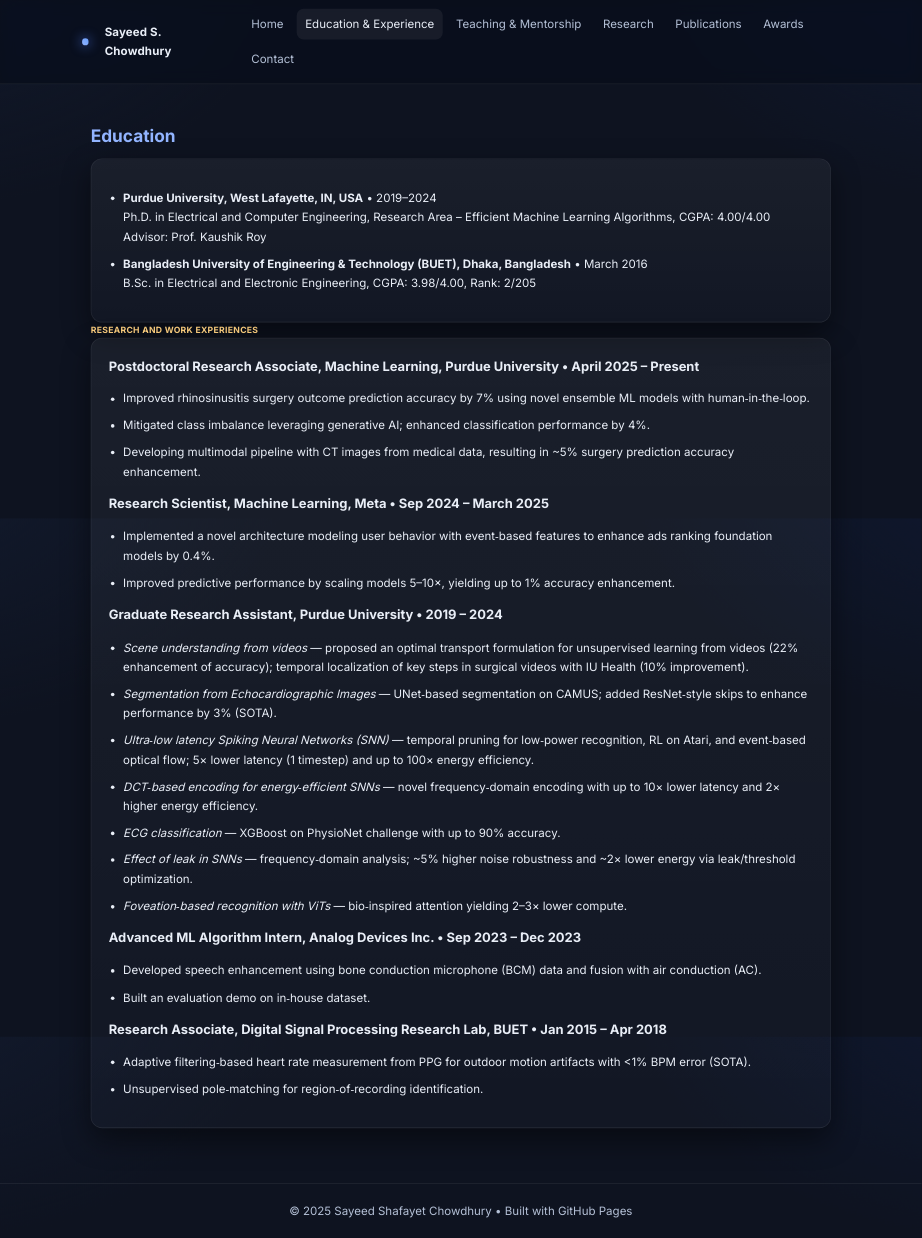
Repository: SayeedChowdhury/SayeedChowdhury.github.io
Page: edu-exp.html
These files come from the project's save history. The page is drawn as it stood at one moment and after the next save; the edit follows.
The browser window is 1280 px wide. The pictures show the whole page, at 72% of full size.

Above is the page before, as saved 2025-08-10 19:11:33.

### edu-exp.html
<!doctype html>
<html lang="en">
<head>
  <meta charset="utf-8">
  <meta name="viewport" content="width=device-width, initial-scale=1">
  <title>Education & Experience • Sayeed S. Chowdhury</title>
  <link rel="preconnect" href="https://fonts.googleapis.com">
  <link rel="preconnect" href="https://fonts.gstatic.com" crossorigin>
  <link href="https://fonts.googleapis.com/css2?family=Inter:wght@400;600;700&display=swap" rel="stylesheet">
  <link rel="stylesheet" href="assets/style.css">
</head>
<body>
<div class="nav">
  <div class="inner container">
    <div class="brand"><span class="dot"></span> <a href="index.html" style="text-decoration:none;color:inherit;">Sayeed S. Chowdhury</a></div>
    <div style="margin-left:auto; display:flex; gap:6px; flex-wrap:wrap">
      <a href="index.html" class="">Home</a>
      <a href="edu-exp.html" class="active">Education & Experience</a>
      <a href="teaching.html" class="">Teaching & Mentorship</a>
      <a href="research.html" class="">Research</a>
      <a href="publications.html" class="">Publications</a>
      <a href="awards.html" class="">Awards</a>
      <a href="contact.html" class="">Contact</a>
    </div>
  </div>
</div>
<div class="container">

<section class="section">
  <!-- <div class="kicker">Education</div> -->
  <h2>Education</h2>
  <div class="card">
    <ul class="list">
      <li><strong>Purdue University, West Lafayette, IN, USA</strong> • 2019–2024<br>
          Ph.D. in Electrical and Computer Engineering, Research Area – Efficient Machine Learning Algorithms, CGPA: 4.00/4.00<br>
          Advisor: Prof. Kaushik Roy
      </li>
      <li><strong>Bangladesh University of Engineering & Technology (BUET), Dhaka, Bangladesh</strong> • March 2016<br>
          B.Sc. in Electrical and Electronic Engineering, CGPA: 3.98/4.00, Rank: 2/205
      </li>
    </ul>
  </div>

  <div class="kicker">Research and Work Experiences</div>
  <div class="card">
    <h3>Postdoctoral Research Associate, Machine Learning, Purdue University • April 2025 – Present</h3>
    <ul class="list">
      <li>Improved rhinosinusitis surgery outcome prediction accuracy by 7% using novel ensemble ML models with human‑in‑the‑loop.</li>
      <li>Mitigated class imbalance leveraging generative AI; enhanced classification performance by 4%.</li>
      <li>Developing multimodal pipeline with CT images from medical data, resulting in ~5% surgery prediction accuracy enhancement.</li>
    </ul>

    <h3>Research Scientist, Machine Learning, Meta • Sep 2024 – March 2025</h3>
    <ul class="list">
      <li>Implemented a novel architecture modeling user behavior with event‑based features to enhance ads ranking foundation models by 0.4%.</li>
      <li>Improved predictive performance by scaling models 5–10×, yielding up to 1% accuracy enhancement.</li>
    </ul>

    <h3>Graduate Research Assistant, Purdue University • 2019 – 2024</h3>
    <ul class="list">
      <li><em>Scene understanding from videos</em> — proposed an optimal transport formulation for unsupervised learning from videos (22% enhancement of accuracy); temporal localization of key steps in surgical videos with IU Health (10% improvement).</li>
      <li><em>Segmentation from Echocardiographic Images</em> — UNet‑based segmentation on CAMUS; added ResNet‑style skips to enhance performance by 3% (SOTA).</li>
      <li><em>Ultra‑low latency Spiking Neural Networks (SNN)</em> — temporal pruning for low‑power recognition, RL on Atari, and event‑based optical flow; 5× lower latency (1 timestep) and up to 100× energy efficiency.</li>
      <li><em>DCT‑based encoding for energy‑efficient SNNs</em> — novel frequency‑domain encoding with up to 10× lower latency and 2× higher energy efficiency.</li>
      <li><em>ECG classification</em> — XGBoost on PhysioNet challenge with up to 90% accuracy.</li>
      <li><em>Effect of leak in SNNs</em> — frequency‑domain analysis; ~5% higher noise robustness and ~2× lower energy via leak/threshold optimization.</li>
      <li><em>Foveation‑based recognition with ViTs</em> — bio‑inspired attention yielding 2–3× lower compute.</li>
    </ul>

    <h3>Advanced ML Algorithm Intern, Analog Devices Inc. • Sep 2023 – Dec 2023</h3>
    <ul class="list">
      <li>Developed speech enhancement using bone conduction microphone (BCM) data and fusion with air conduction (AC).</li>
      <li>Built an evaluation demo on in‑house dataset.</li>
    </ul>

    <h3>Research Associate, Digital Signal Processing Research Lab, BUET • Jan 2015 – Apr 2018</h3>
    <ul class="list">
      <li>Adaptive filtering‑based heart rate measurement from PPG for outdoor motion artifacts with &lt;1% BPM error (SOTA).</li>
      <li>Unsupervised pole‑matching for region‑of‑recording identification.</li>
    </ul>
  </div>

  <!-- <div class="kicker">Teaching Experience</div>
  <div class="card">
    <h3>Visiting Assistant Professor, Purdue University • August 2025 – Present</h3>
    <ul class="list">
      <li>Designed and taught upper‑undergrad AI for IoT (instructor of record); guest lectures in Artificial Intelligence.</li>
      <li>Supervising capstone on transfer learning for biomedical AI.</li>
    </ul>

    <h3>Lecturer, Ahsanullah University of Science and Technology (AUST), Dhaka • 2018</h3>
    <ul class="list">
      <li>Taught C++ and MATLAB programming; instructor of record for VLSI (theory & lab), contributed curriculum & lab manual.</li>
    </ul>

    <h3>Lecturer, Bangladesh University of Engineering & Technology (BUET), Dhaka • 2016–2017</h3>
    <ul class="list">
      <li>Courses: Signals & Systems (EEE 301), Electrical DC/AC Circuits (EEE 101/105), Measurement & Instrumentation (EEE 407), DSP (EEE 307); taught 12 lab sections including programming.</li>
    </ul>

    <h3>Lecturer, BRAC University, Dhaka • 2016</h3>
    <ul class="list">
      <li>Digital Signal Processing (theory and laboratory); led power system protection lab for multiple sections.</li>
    </ul>
  </div> -->
</section>

</div>
<div class="footer">© 2025 Sayeed Shafayet Chowdhury • Built with GitHub Pages</div>
</body>
</html>

### assets/style.css

:root{
  --bg:#0e1320;
  --bg-grad1:#121a2d;
  --panel:#151b2e;
  --panel-2:#101626;
  --ink:#e9eef7;
  --muted:#b4c0d6;
  --navy:#92b4ff;
  --gold:#f3c77a;
  --border:rgba(255,255,255,.08);
  --shadow:0 16px 40px rgba(0,0,0,.45);
  --radius:16px;
}

*{box-sizing:border-box}
html,body{height:100%}
body{
  margin:0;
  color:var(--ink);
  background:
    radial-gradient(900px 600px at -10% -10%, var(--bg-grad1) 0%, transparent 60%),
    radial-gradient(900px 600px at 110% -10%, #0f1830 0%, transparent 60%),
    var(--bg);
  font:16px/1.7 "Inter", system-ui, -apple-system, Segoe UI, Roboto, Helvetica, Arial;
  -webkit-font-smoothing:antialiased;
}

.container{max-width:1100px;margin:0 auto;padding:24px}

.nav{
  position:sticky; top:0; z-index:10;
  background:rgba(9,13,24,.7);
  backdrop-filter:saturate(170%) blur(10px);
  border-bottom:1px solid var(--border);
}
.nav .inner{display:flex; align-items:center; gap:16px; padding:12px 24px;}
.nav .brand{display:flex; align-items:center; gap:10px; font-weight:700; letter-spacing:.2px; color:var(--ink)}
.nav .brand .dot{width:10px;height:10px;border-radius:50%;background:linear-gradient(45deg,var(--navy),#6aa0ff); box-shadow:0 0 16px #4e79ff}
.nav a{color:var(--muted); text-decoration:none; padding:8px 12px; border-radius:10px}
.nav a.active, .nav a:hover{color:var(--ink); background:rgba(255,255,255,.06)}

.hero{
  display:grid; grid-template-columns:1.1fr .9fr; gap:28px; align-items:stretch;
  padding:48px 24px 12px;
}
.card{
  background:linear-gradient(180deg, rgba(255,255,255,.05), rgba(255,255,255,.02));
  border:1px solid var(--border);
  border-radius:var(--radius);
  box-shadow:var(--shadow);
  padding:24px;
}
h1{font-size:32px; margin:0 0 4px}
h2{font-size:24px;margin:16px 0 10px;color:var(--navy)}
h3{font-size:18px;margin:0 0 6px}
.lead{color:var(--muted); font-size:16px}
.badges{display:flex; flex-wrap:wrap; gap:10px; margin-top:14px}
.badge{background:rgba(146,180,255,.14); border:1px solid rgba(146,180,255,.4); color:#d9e4ff; padding:6px 10px; border-radius:999px; font-size:13px}

.row{display:flex; gap:18px; flex-wrap:wrap; align-items:center}
.cta{display:flex; gap:12px; flex-wrap:wrap; margin-top:12px}
.button{display:inline-flex;align-items:center;gap:10px;padding:12px 16px;border-radius:12px;border:1px solid var(--border);background:rgba(146,180,255,.16);color:var(--ink);text-decoration:none;font-weight:600}
.button.secondary{background:rgba(255,255,255,.04)}

.headshot{width:160px;height:160px;border-radius:50%;object-fit:cover;border:3px solid rgba(255,255,255,.08);box-shadow:var(--shadow)}

.section{padding:12px}
.kicker{color:var(--gold);font-weight:700;letter-spacing:.4px;text-transform:uppercase;font-size:12px}

.list{padding-left:20px}
.list li{margin:10px 0}

.footer{border-top:1px solid var(--border); color:var(--muted); padding:24px; text-align:center; margin-top:40px}

@media (max-width: 900px){
  .hero{grid-template-columns:1fr}
}

@media print{
  .nav,.footer,.cta{display:none}
  body{background:white;color:#111}
  .card{box-shadow:none}
}

After the next save:
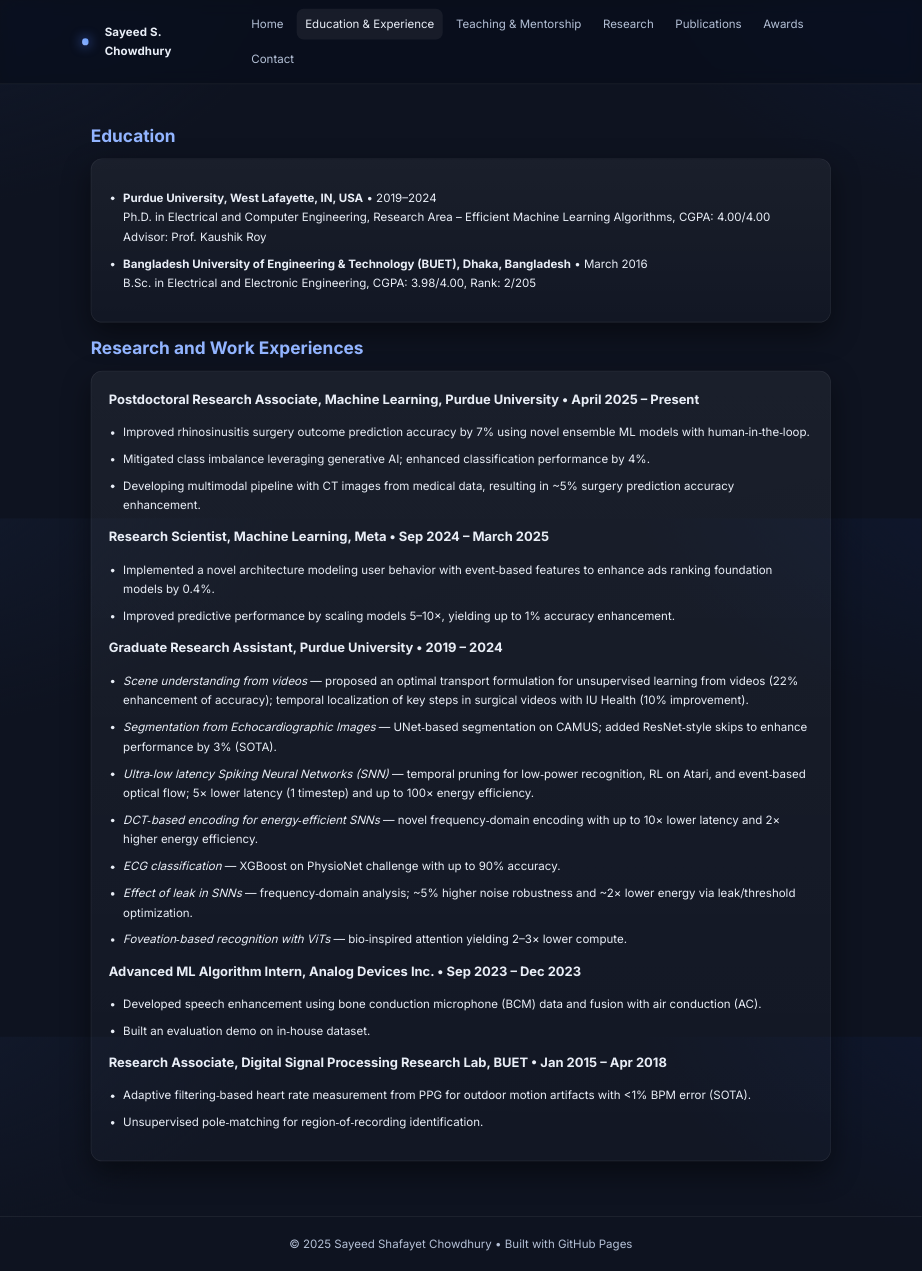
Saved 93 s later.
--- a/edu-exp.html
+++ b/edu-exp.html
@@ -41,7 +41,8 @@
     </ul>
   </div>
 
-  <div class="kicker">Research and Work Experiences</div>
+  <!-- <div class="kicker">Research and Work Experiences</div> -->
+  <h2>Research and Work Experiences</h2>
   <div class="card">
     <h3>Postdoctoral Research Associate, Machine Learning, Purdue University • April 2025 – Present</h3>
     <ul class="list">
